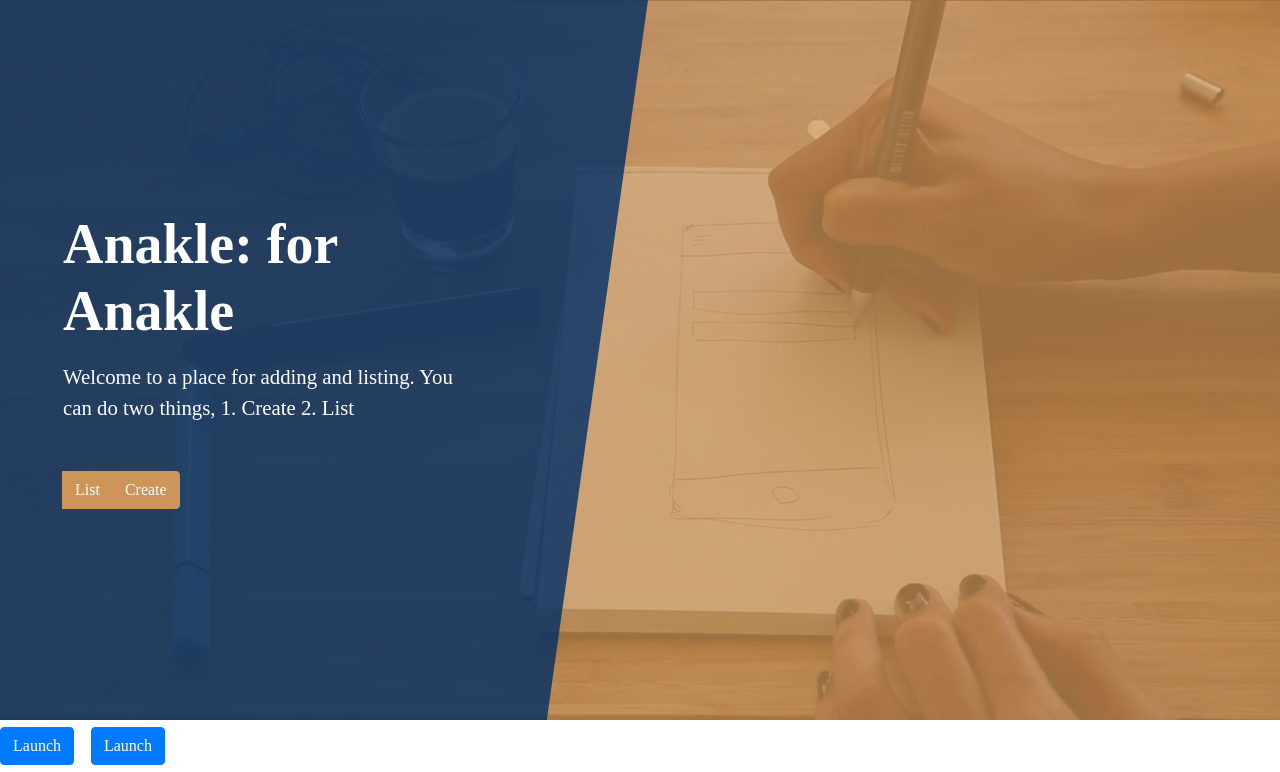
Repository: Guruscode/mega-list
Page: http://localhost/
An editor plug-in stored every save of this project. The page is shown before and after the next save, followed by the edit.
The browser window is 1280 px wide. The pictures show the whole page.
After loading, the first visible `a.pull-right` was clicked once.
Some web fonts or font styles are not loaded; a fallback is used. The page is run by PHP 8.4 with error messages shown; the project is at /var/www/html/.

Above is the page before, as saved 2018-02-22 16:28:14.
Console error: TypeError: Cannot read properties of undefined (reading 'fn')

After the next save:
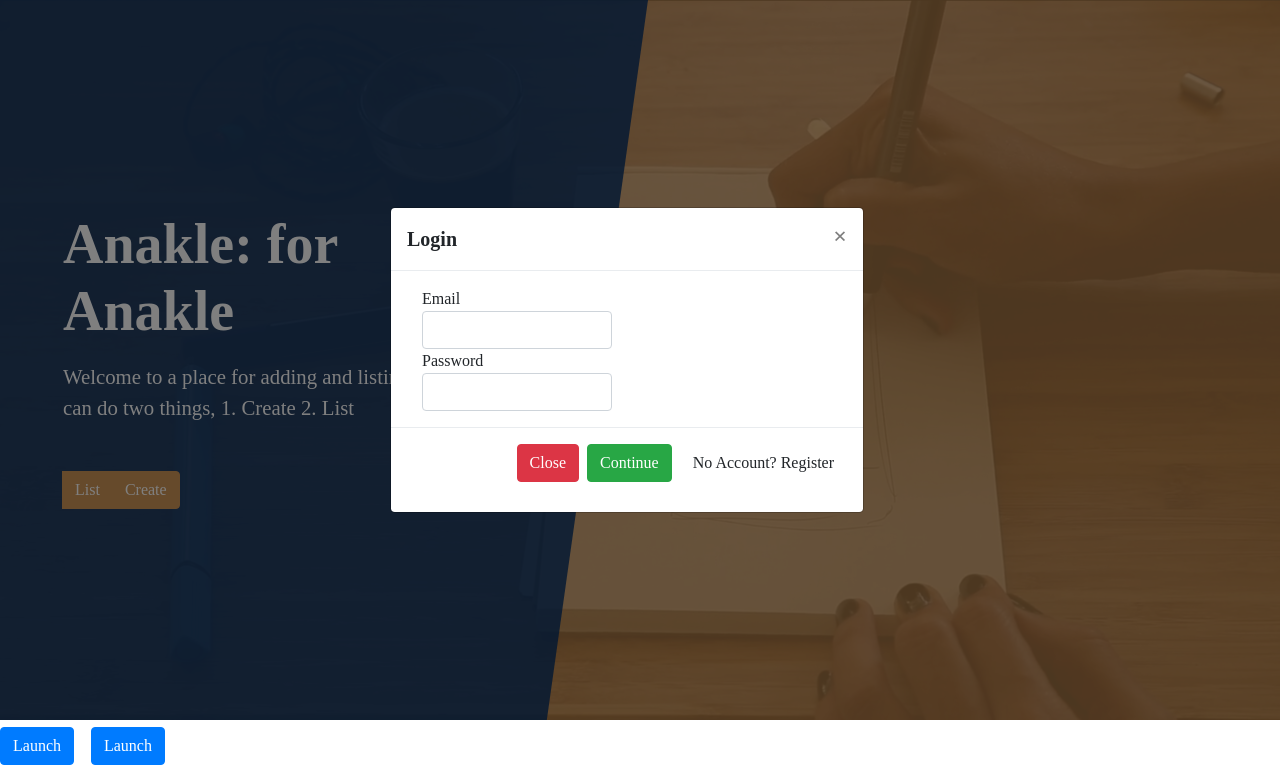
Saved 9 s later.
--- a/index.php
+++ b/index.php
@@ -131,7 +131,7 @@
                     $('#add_modal').click();
                 }else{
                     console.log('display login form');
-                    $('#register_modal').click();
+                    $('#login_modal').click();
                 }
 
                 console.log(response);
